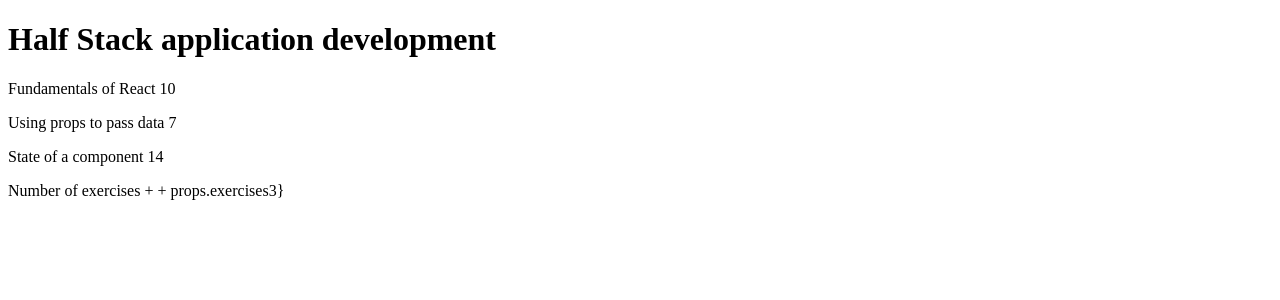
Repository: LordThiouk/part1
Page: /
The author's editor kept a copy of each file at every save. The page is drawn from the files as they stood at one save, then again after the next save.
The browser window is 1280 px wide. The pictures show the whole page.
The project was rebuilt for these pictures with package versions that can differ from the ones it lists, and the page was loaded fresh each time. Also part of the build but not shown: vite.config.js.

Above is the page before, as saved 2023-09-15 03:14:11.

After the next save:
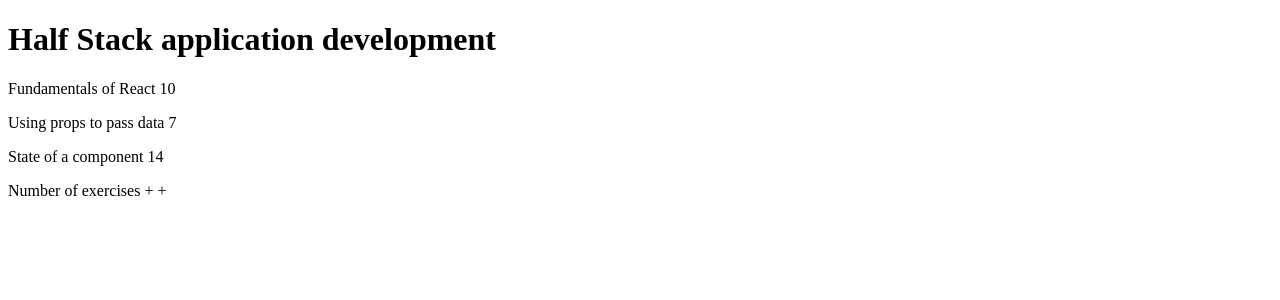
Saved 12 s later.
--- a/src/App.jsx
+++ b/src/App.jsx
@@ -31,7 +31,7 @@
   console.log(props)
   return (
     <div>
-      <p>Number of exercises {props.exercises1} + {props.exercises2} + props.exercises3}</p>
+      <p>Number of exercises {props.exercises1} + {props.exercises2} + {props.exercises3}</p>
     </div>
   )
 }
